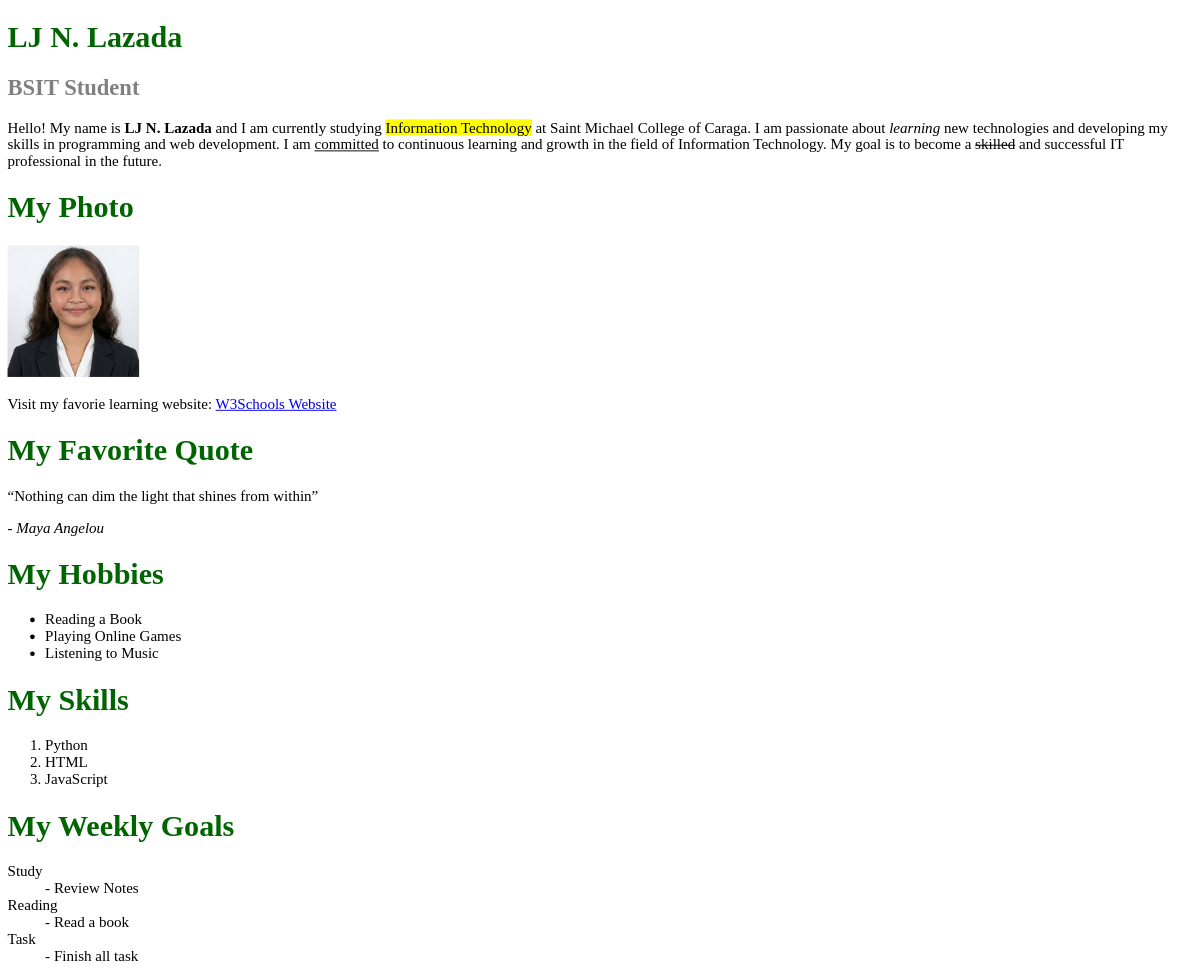
Repository: ljlazada11/myfirsthtml
Page: index.html
An editor plug-in stored every save of this project. The page is shown before and after the next save, followed by the edit.
The browser window is 1280 px wide. The pictures show the whole page, at 94% of full size.

Above is the page before, as saved 2026-06-24 20:14:44.

### index.html
<!DOCTYPE html>
<html lang="en">
<head>
    <meta charset="UTF-8">
    <meta name="viewport" content="width=device-width, initial-scale=1.0">
    <title>My Personal Web Profile</title>
    <link rel="icon" type="image/x-icon" href="images.png">

</head>
<body>
    <h1 style="color:darkgreen;">LJ N. Lazada</h1>
    <h2 style="color:gray;">BSIT Student</h2>
    <p>Hello! My name is <strong>LJ N. Lazada</strong> and I am currently studying <mark>Information Technology</mark> at Saint Michael College of Caraga. I am passionate about <i>learning</i> new technologies and developing my skills in programming and web development. I am <ins>committed</ins> to continuous learning and growth in the field of Information Technology. My goal is to become a <del>skilled</del> and successful IT professional in the future.</p>
</body>
    <h1 style="color:darkgreen;">My Photo</h1>
    <img src="pic.jpg" alt="My	Profile	Picture" width="140" height="140">
    <p> Visit my favorie learning website: <a href="https://www.w3schools.com/html/default.asp" target="_blank">W3Schools	Website</a></p>

<body>
    <h1 style="color:darkgreen;">My Favorite Quote</h1>
    <p><q>Nothing can dim the light that shines from within</q></p>
    <p><cite>- Maya Angelou</cite></p>
</body>
<body>
    <h1 style="color:darkgreen">My Hobbies</h1>
    <ul>
        <li>Reading a Book</li>
        <li>Playing Online Games</li>
        <li>Listening to Music</li>
    </ul>
</body>
    <h1 style="color:darkgreen">My Skills</h1>
    <ol>
        <li>Python</li>
        <li>HTML</li>
        <li>JavaScript</li>
    </ol>
<body>
    <h1 style="color:darkgreen">My Weekly Goals</h1>
    <dl>
        <dt>Study</dt>
        <dd>- Review Notes</dd>
        <dt>Reading</dt>
        <dd>- Read a book</dd>
        <dt>Task</dt>
        <dd>- Finish all task</dd>
    </dl>

</body>


</html>

After the next save:
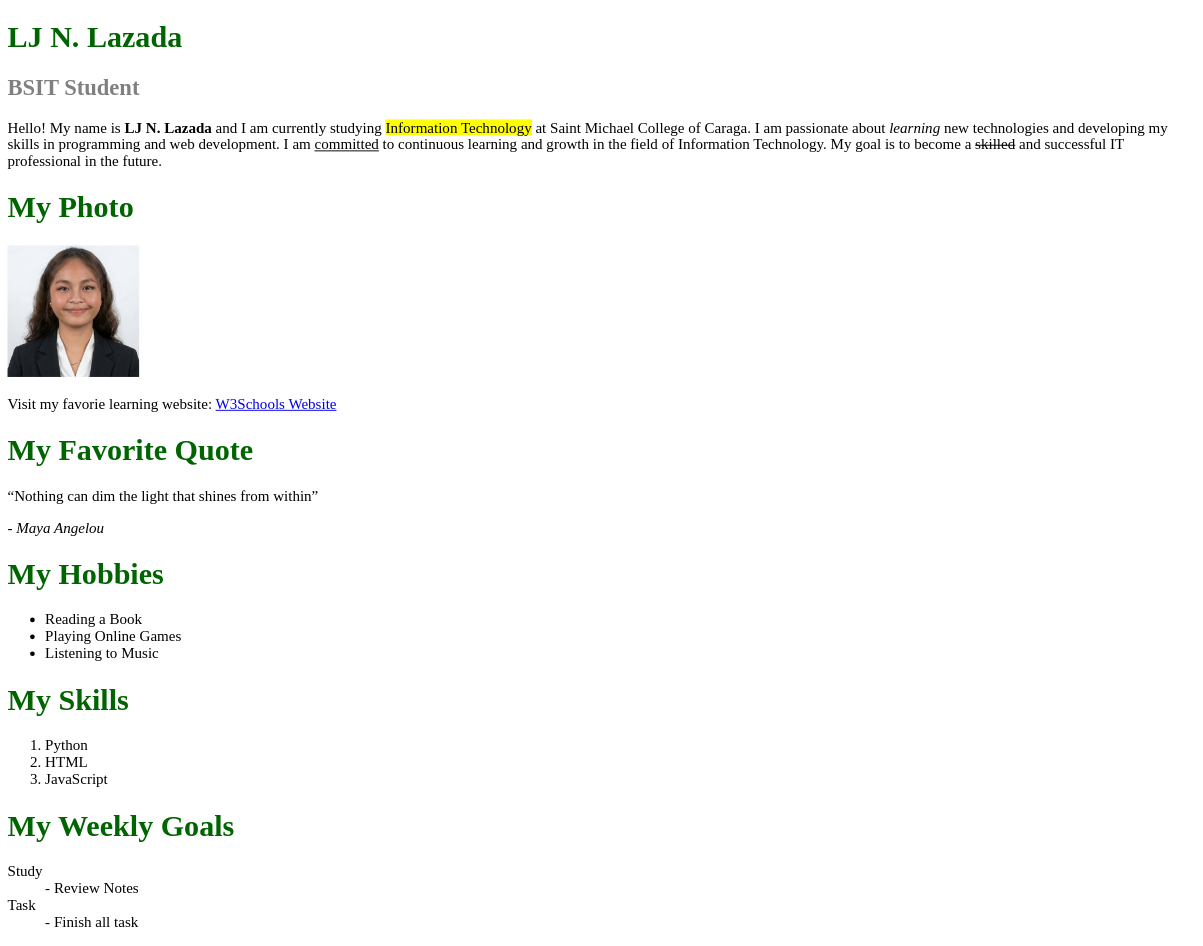
Saved 97 s later.
--- a/index.html
+++ b/index.html
@@ -40,8 +40,6 @@
     <dl>
         <dt>Study</dt>
         <dd>- Review Notes</dd>
-        <dt>Reading</dt>
-        <dd>- Read a book</dd>
         <dt>Task</dt>
         <dd>- Finish all task</dd>
     </dl>
